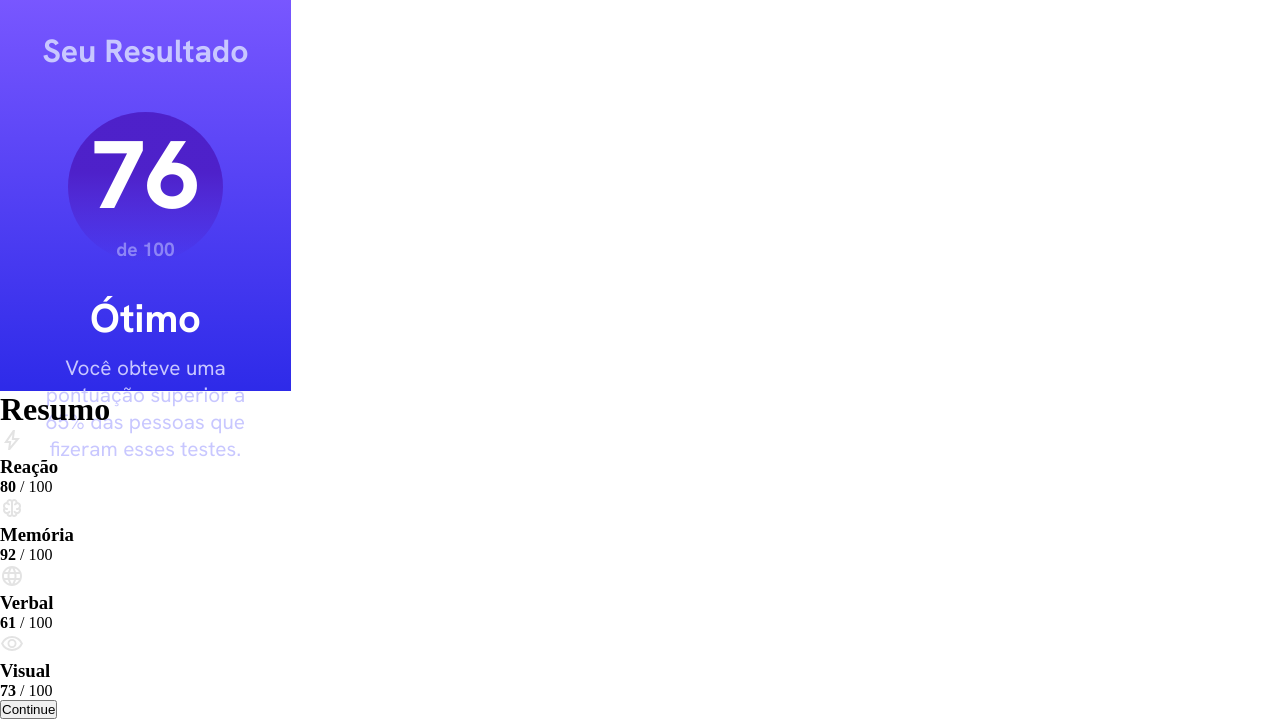
Repository: caique2512/resumo-de-resultados
Page: index.html
The author's editor kept a copy of each file at every save. The page is drawn from the files as they stood at one save, then again after a run of saves.
The browser window is 1280 px wide. The pictures show the whole page.

Above is the page before, as saved 2026-03-09 17:13:55.

### index.html
<!DOCTYPE html>
<html lang="pt-br">
<head>
    <meta charset="UTF-8">
    <meta name="viewport" content="width=device-width, initial-scale=1.0">
    <title>Resumo de Resultados</title>
    <link rel="stylesheet" href="src/css/estilos.css">
    <link rel="stylesheet" href="src/css/reset.css">
</head>
<body>
    <main class="conteudo">
        <div class="principal">
            <h1 class="titulo">Seu Resultado</h1>
            <div class="circulo">
                <h2>76</h2>
                <p>de 100</p>
            </div>
            <h2 class="resultado">Ótimo</h2>
            <p class="subtitle">Você obteve uma pontuação superior a 65% das pessoas que fizeram esses testes.</p>
        </div>
        <div class="r">
            <h1 class="titulo1">Resumo</h1>
            <div class="classes">
                <div class="resumo1">
                    <img src="./src/images/raio.svg" alt="Raio">
                    <h3>Reação</h3>
                    <p><strong>80</strong> / 100</p>
                </div>
                <div class="resumo2">
                    <img src="./src/images/memoria.svg" alt="Memória">
                    <h3>Memória</h3>
                    <p><strong>92</strong> / 100</p>
                </div>
                <div class="resumo3">
                    <img src="./src/images/mensagem.svg" alt="Mensagem">
                    <h3>Verbal</h3>
                    <p><strong>61</strong> / 100</p>
                </div>
                <div class="resumo4">
                    <img src="./src/images/olho.svg" alt="olho">
                    <h3>Visual</h3>
                    <p><strong>73</strong> / 100</p>
                </div>
            </div>
            <button class="btn-resumo">Continue</button>
        </div>
    </main>
</body>
</html>

### src/css/estilos.css
@import url('https://fonts.googleapis.com/css2?family=Hanken+Grotesk:ital,wght@0,100..900;1,100..900&display=swap');


.principal {
    background: linear-gradient(hsl(252, 100%, 67%), hsl(241, 81%, 54%));
    width: 291px;
    height: 391px;
    display: flex;
    flex-direction: column;
    align-items: center;
}

.titulo {
    color: hsl(241, 100%, 89%);
    font-family: "Hanken Grotesk";
    margin-top: 30px;
    font-size: 2rem;
}

.circulo {
    background: linear-gradient(hsla(256, 72%, 46%, 1) 40%, hsla(241, 72%, 46%, 0));
    width: 155px;
    height: 155px;
    border-radius: 50%;
    display: flex;
    align-items: center;
    justify-content: center;
    flex-direction: column;
    margin-top: 2.5rem;
}

.circulo h2 {
    font-size: 6rem;
    font-family: "Hanken Grotesk";
    font-weight: 800;
    color: hsl(0, 0%, 100%);
}

.circulo p {
    color: hsla(241, 100%, 89%, 0.538);
    font-family: "Hanken Grotesk";
    font-weight: 700;
    font-size: 1.2rem;
}

.principal .resultado {
    color: white;
    font-family: "Hanken Grotesk";
    margin-top: 30px;
    font-size: 2.5rem;

}

.principal .subtitle {
    color: hsl(241, 100%, 89%);
    font-family: "Hanken Grotesk";
    width: 230px;
    display: flex;
    text-align: center;
    margin: 10px;
    font-size: 1.3rem;
}

### src/css/reset.css


* {
    margin: 0;
    padding: 0;
    box-sizing: border-box;
}

After the next 2 saves:
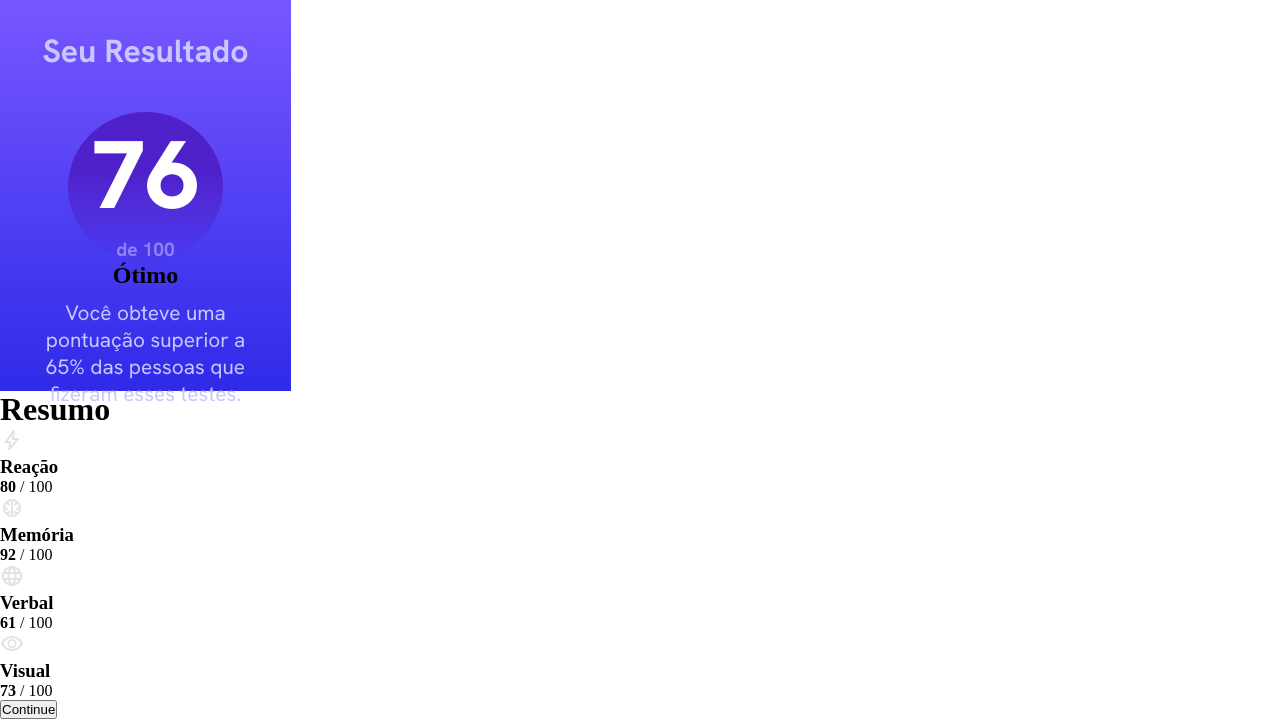
The 2 saves are shown as one change because they came seconds apart.
The last was saved 13 s later.
--- a/index.html
+++ b/index.html
@@ -15,7 +15,7 @@
                 <h2>76</h2>
                 <p>de 100</p>
             </div>
-            <h2 class="resultado">Ótimo</h2>
+            <h2 class="avaliação">Ótimo</h2>
             <p class="subtitle">Você obteve uma pontuação superior a 65% das pessoas que fizeram esses testes.</p>
         </div>
         <div class="r">

After the 2 saves that followed:
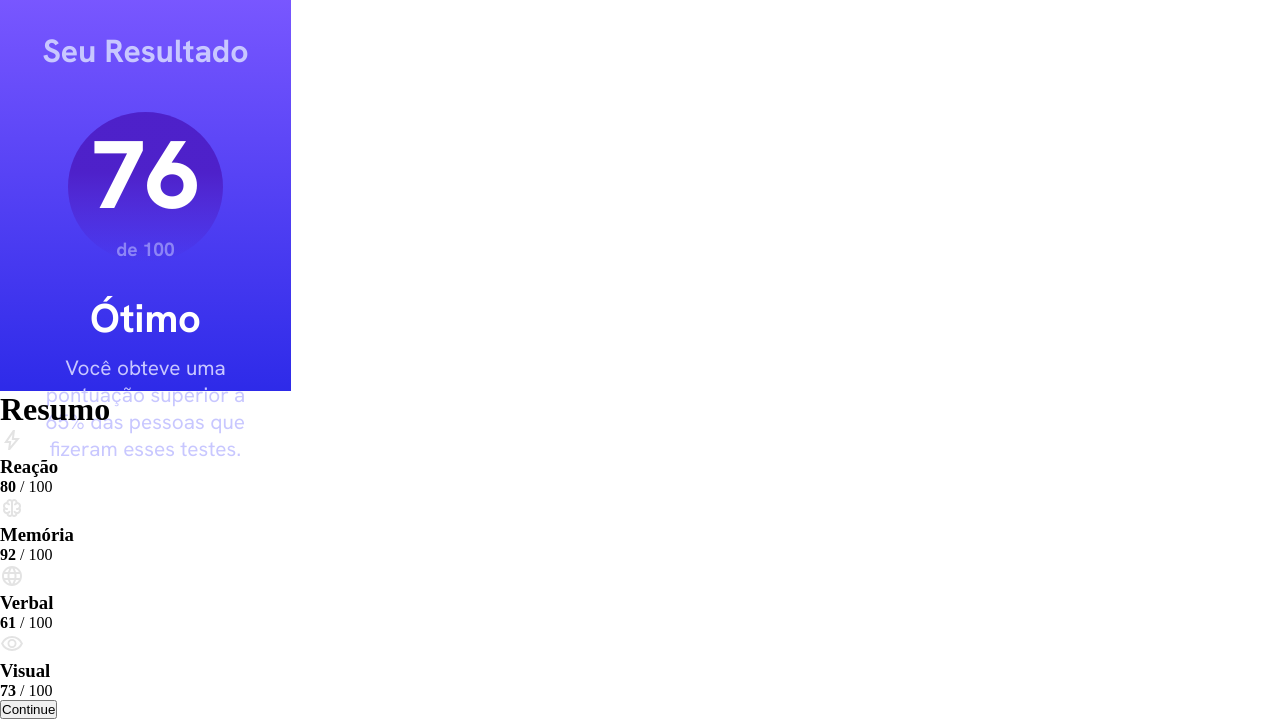
The 2 saves are shown as one change because 1 left the picture as it was.
The last was saved 19 s later.
--- a/index.html
+++ b/index.html
@@ -15,7 +15,7 @@
                 <h2>76</h2>
                 <p>de 100</p>
             </div>
-            <h2 class="avaliação">Ótimo</h2>
+            <h2 class="avaliacao">Ótimo</h2>
             <p class="subtitle">Você obteve uma pontuação superior a 65% das pessoas que fizeram esses testes.</p>
         </div>
         <div class="r">
--- a/src/css/estilos.css
+++ b/src/css/estilos.css
@@ -43,7 +43,7 @@
     font-size: 1.2rem;
 }
 
-.principal .resultado {
+.principal .avaliacao {
     color: white;
     font-family: "Hanken Grotesk";
     margin-top: 30px;
